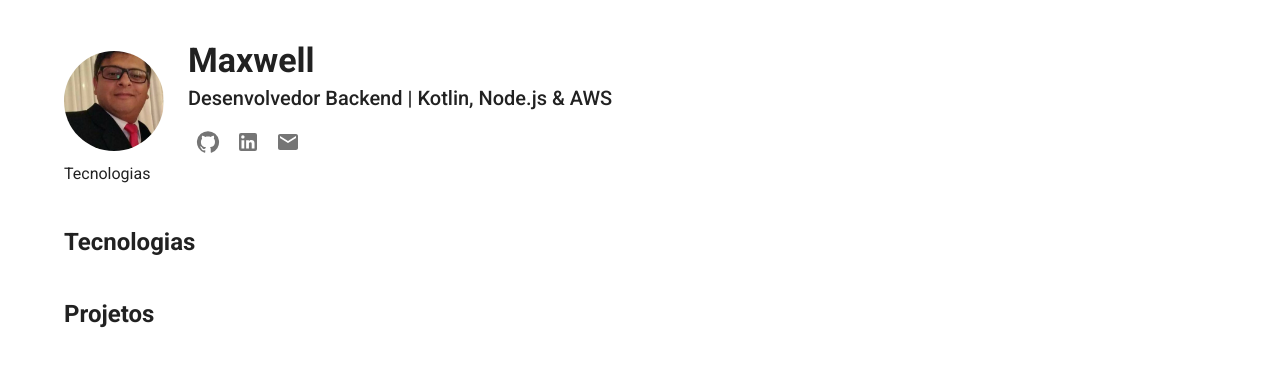
Repository: maxwelllbarboza/pagina-pessoal
Page: /
The author's editor kept a copy of each file at every save. The page is drawn from the files as they stood at one save, then again after a run of saves.
The browser window is 1280 px wide. The pictures show the whole page.
The project was rebuilt for these pictures with package versions that can differ from the ones it lists, and the page was loaded fresh each time. The framework's server and built-in components were replaced by stand-ins that run in the browser. Also part of the build but not shown: next.config.mjs, next.config.ts.

Above is the page before, as saved 2025-02-27 09:29:39.

After the next 2 saves:
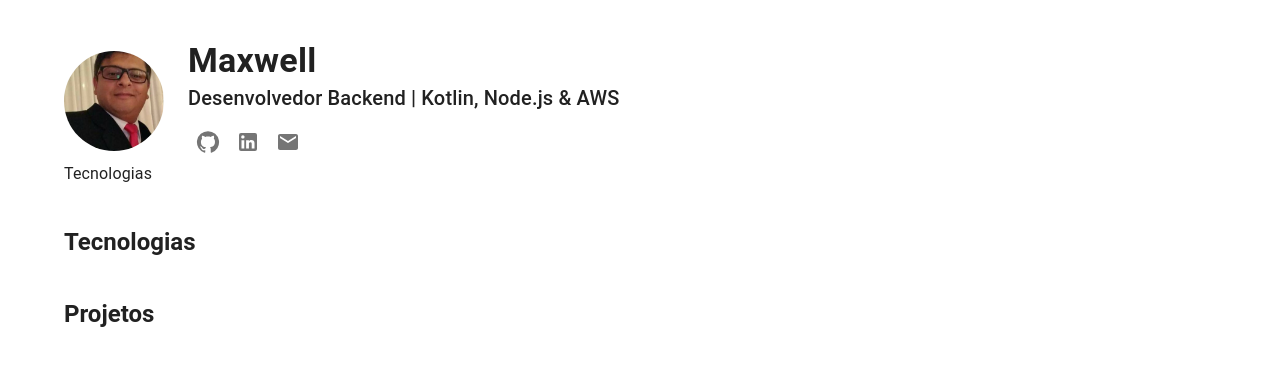
The 2 saves are shown as one change because they came seconds apart.
The last was saved 5 min 41 s later.
--- a/src/app/layout.tsx
+++ b/src/app/layout.tsx
@@ -18,7 +18,7 @@ export default function RootLayout({
   return (
     <html lang="en">
       <body>
-      <ThemeProvider theme={theme}>
+
               <CssBaseline />
               <Box
               component="main"
@@ -30,7 +30,7 @@ export default function RootLayout({
             >
               {children}
             </Box>
-            </ThemeProvider>
+
       </body>
     </html>
   );
